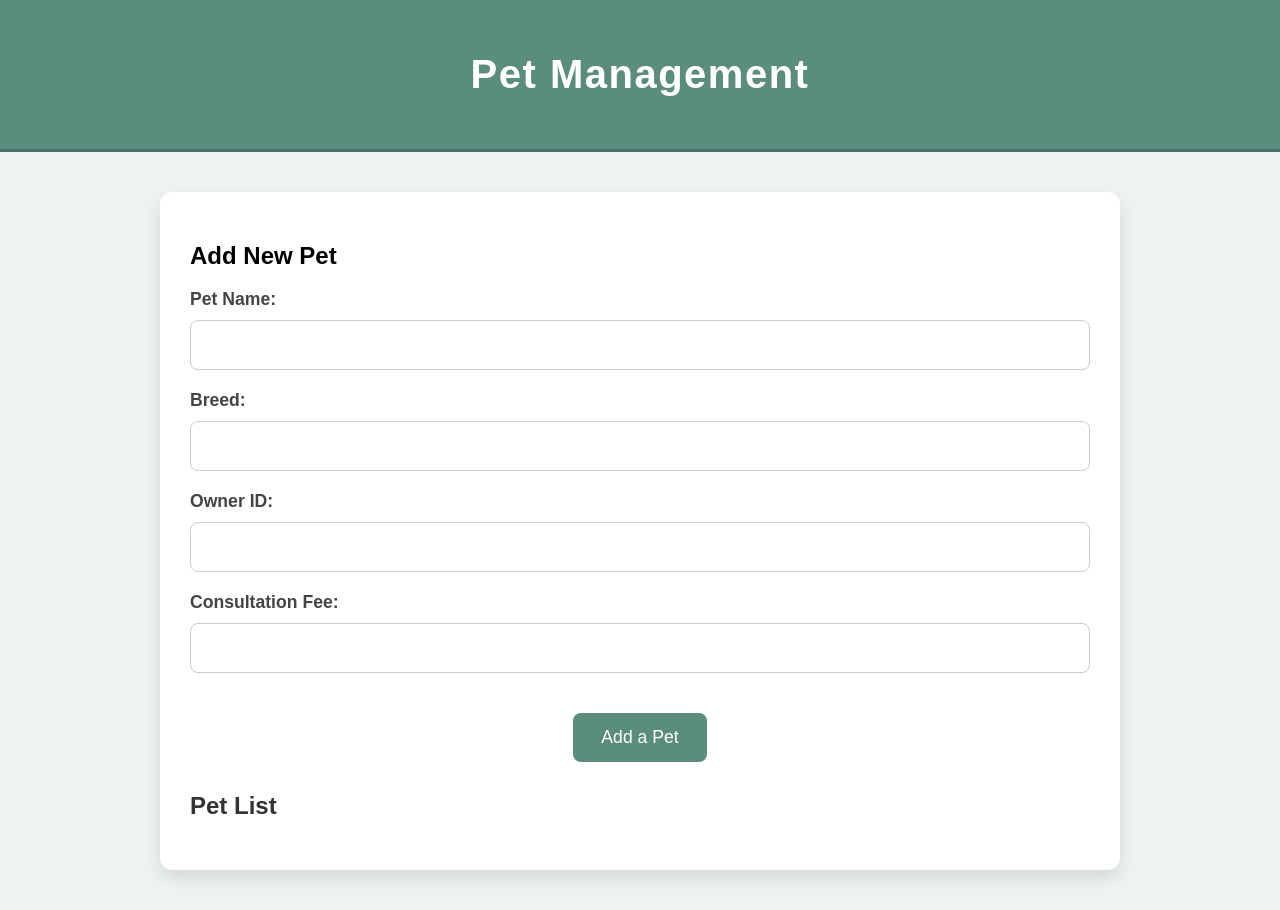
Repository: abirami1105/repoA
Page: PetClinicApplication/src/main/resources/static/pet.html
The author's editor kept a copy of each file at every save. The page is drawn from the files as they stood at one save, then again after the next save.
The browser window is 1280 px wide. The pictures show the whole page.
The page's requests for data from a server got no answer.

Above is the page before, as saved 2025-01-02 19:02:16.

### PetClinicApplication/src/main/resources/static/pet.html
<!DOCTYPE html>
<html lang="en">
<head>
    <meta charset="UTF-8">
    <meta name="viewport" content="width=device-width, initial-scale=1.0">
    <title>Pet Management</title>
    <style>
        body {
            font-family: 'Arial', sans-serif;
            background-color: #eef2f3;
            margin: 0;
            padding: 0;
        }

        header {
            background-color: #5b8d7e;
            color: white;
            padding: 25px 0;
            text-align: center;
            border-bottom: 3px solid #4a726b;
        }

        header h1 {
            font-size: 2.5rem;
            letter-spacing: 1.5px;
        }

        .container {
            max-width: 900px;
            margin: 40px auto;
            padding: 30px;
            background-color: #ffffff;
            border-radius: 12px;
            box-shadow: 0 8px 16px rgba(0, 0, 0, 0.1);
        }

        .form-container {
            margin-bottom: 30px;
        }

        .form-container label {
            display: block;
            margin-bottom: 10px;
            font-size: 1.1rem;
            font-weight: bold;
            color: #444;
        }

        .form-container input {
            width: 100%;
            padding: 15px;
            font-size: 1rem;
            border-radius: 8px;
            border: 1px solid #ccc;
            margin-bottom: 20px;
            box-sizing: border-box;
            transition: all 0.3s ease;
        }

           .button-container {
        	text-align: center;
    		margin-top: 20px;
		}

		.form-container button {
    		background-color: #5b8d7e;
    		color: white;
    		padding: 14px 28px;
    		font-size: 1.1rem;
    		border: none;
    		border-radius: 8px;
    		cursor: pointer;
    		transition: background-color 0.3s ease;
		}

		.form-container button:hover {
    		background-color: #4a726b;
		}

        .pet-list {
            margin-top: 30px;
        }

        .pet-list h2 {
            color: #333;
        }

        .pet-list ul {
            list-style: none;
            padding: 0;
        }

        .pet-list li {
            background-color: #f9f9f9;
            padding: 10px;
            margin-bottom: 12px;
            border-radius: 5px;
            box-shadow: 0 2px 4px rgba(0, 0, 0, 0.1);
            color: #555;
        }

    </style>
</head>
<body>

<header>
    <h1>Pet Management</h1>
</header>

<div class="container">
    <div class="form-container">
        <h2>Add New Pet</h2>
        <form id="petForm">
            <label for="name">Pet Name:</label>
            <input type="text" id="name" name="name" required>

            <label for="breed">Breed:</label>
            <input type="text" id="breed" name="breed" required>

            <label for="ownerId">Owner ID:</label>
            <input type="number" id="ownerId" name="ownerId" required>

            <label for="consultationFee">Consultation Fee:</label>
            <input type="number" id="consultationFee" name="consultationFee" required>

            <div class="button-container">
            	<button type="submit">Add a Pet</button>
        	</div>
        </form>
    </div>

    <div class="pet-list">
        <h2>Pet List</h2>
        <ul id="petList"></ul>
    </div>
</div>

<script>
    document.getElementById("petForm").addEventListener("submit", function(event) {
        event.preventDefault();

        const petData = {
            name: document.getElementById("name").value,
            breed: document.getElementById("breed").value,
            owner: { id: document.getElementById("ownerId").value },
            consultationFee: document.getElementById("consultationFee").value
        };

        fetch("/pets", {
            method: "POST",
            headers: {
                "Content-Type": "application/json"
            },
            body: JSON.stringify(petData)
        })
        .then(response => response.json())
        .then(pet => {
            alert("Pet added successfully!");
            loadPets(); // Reload the list of pets
        });
    });

    function loadPets() {
        fetch("/pets")
            .then(response => response.json())
            .then(pets => {
                const petList = document.getElementById("petList");
                petList.innerHTML = "";
                pets.forEach(pet => {
                    const listItem = document.createElement("li");
                    listItem.textContent = `${pet.name} (${pet.breed}) - Owner ID: ${pet.owner.id} - Fee: $${pet.consultationFee}`;
                    petList.appendChild(listItem);
                });
            });
    }

    loadPets(); // Load pets when the page is first loaded
</script>

</body>
</html>

After the next save:
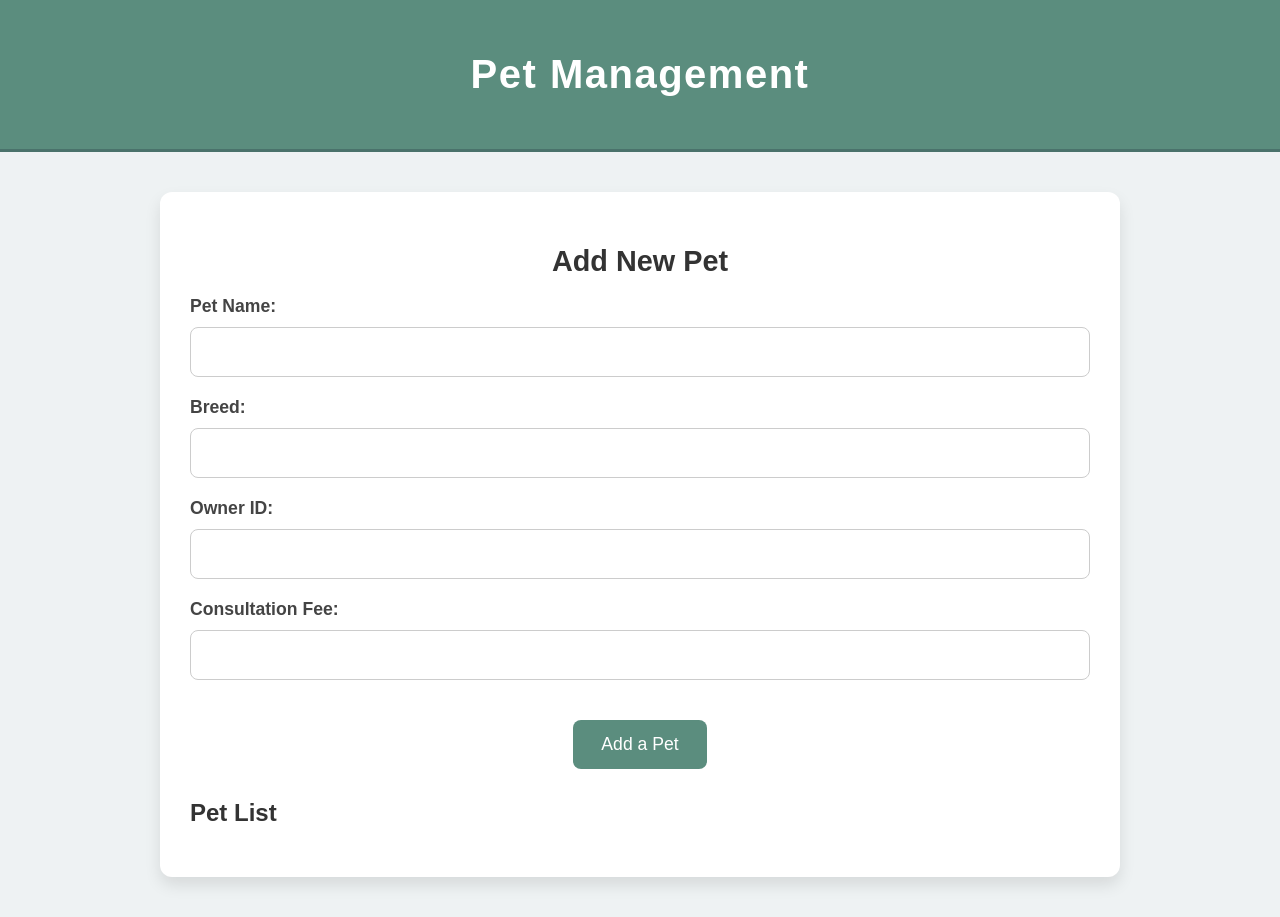
Saved 65 s later.
--- a/PetClinicApplication/src/main/resources/static/pet.html
+++ b/PetClinicApplication/src/main/resources/static/pet.html
@@ -55,6 +55,13 @@
             margin-bottom: 20px;
             box-sizing: border-box;
             transition: all 0.3s ease;
+        }
+
+        .form-container h2 {
+            text-align: center;
+            color: #333;
+            font-size: 1.8rem;
+            margin-bottom: 18px;
         }
 
            .button-container {
